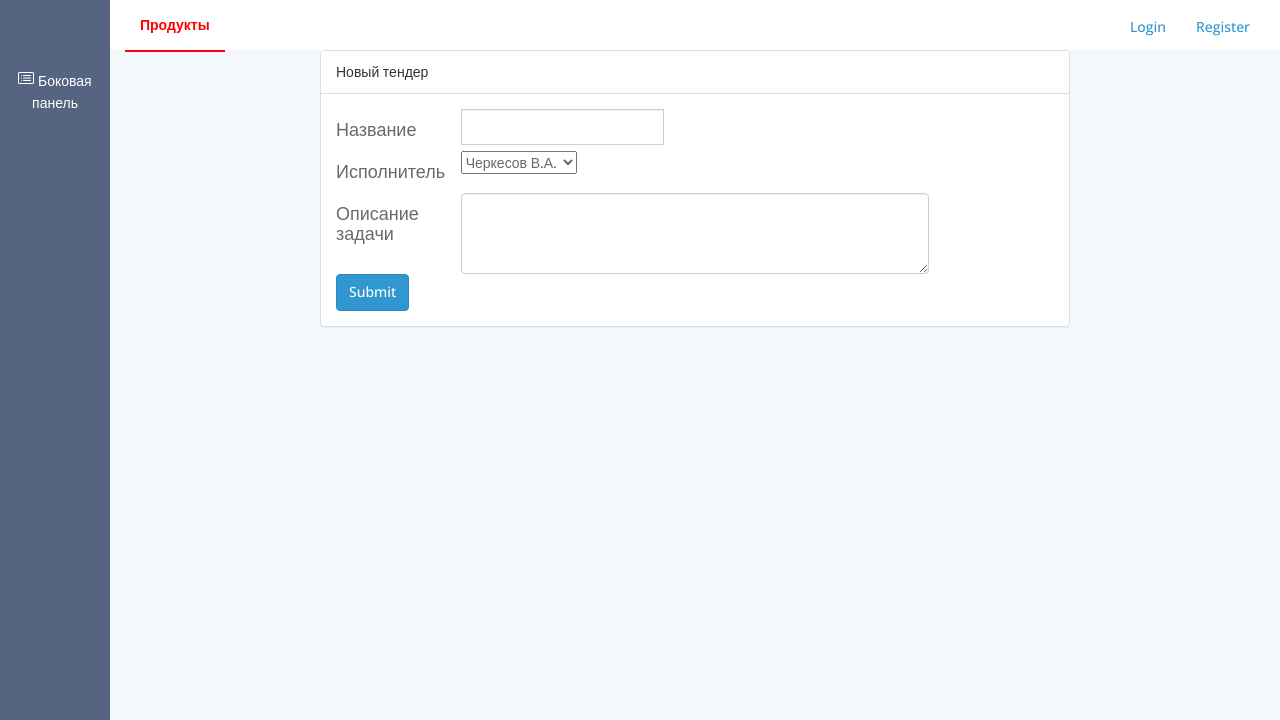
Repository: blackjack043/laravel-crud
Page: http://localhost/page2
The author's editor kept a copy of each file at every save. The page is drawn from the files as they stood at one save, then again after the next save.
The browser window is 1280 px wide. The pictures show the whole page.
Some web fonts or font styles are not loaded; a fallback is used. The page is served by the project's Laravel application, run on PHP 8.4 with Laravel 8. Other server files are loaded and not shown.

Above is the page before, as saved 2022-03-06 22:04:08.

### routes/web.php
<?php

/*
|--------------------------------------------------------------------------
| Web Routes
|--------------------------------------------------------------------------
|
| Here is where you can register web routes for your application. These
| routes are loaded by the RouteServiceProvider within a group which
| contains the "web" middleware group. Now create something great!
|
*/
use Illuminate\Http\Request;
use App\Contact12;


Route::get('/', function () {
    return view('welcome');
});

Route::get('/page2', function () {
    return view('page2');
});



Route::post('/profile', 'ContactController@submit');

Auth::routes();

Route::get('/home', 'HomeController@index');

Auth::routes();

Route::get('/home', 'HomeController@index');

### resources/views/page2.blade.php
@extends('layouts.app2')

@section('content')
<div class="container">
    <div class="row">
        <div class="col-md-8 col-md-offset-2">
            <div class="panel panel-default">
                <div class="panel-heading">Новый тендер</div>
                <div class="panel-body">


        @if($errors->any())
            <div style=>
            @foreach ($errors->all() as $error)
            <div >
                {{$error}}
            </div>
            @endforeach
            </div>
         @endif
<form  method="POST" action="/profile">
{{ csrf_field() }}

                <div class="row" >
  <div class="col-md-2" ><h4>Название</h4></div>
  <div class="col-md-10">
<div class="input-group" >
<input type="text" name="label" class="form-control"  aria-describedby="sizing-addon2">
                </div></div>
</div>

<div class="row">
  <div class="col-md-2"><h4>Исполнитель</h4></div>
  <div class="col-md-10">
    <select name="ispolnitel">
    <option value="cherkesov">Черкесов В.А.</option>
    <option value="matancev">Матанцев Е.Р.</option>
    </select>
</div>
</div>

<div class="row">
  <div class="col-md-2"><h4>Описание задачи</h4></div>
  <div class="col-md-8">
		<textarea name="text" class="form-control" rows="3"></textarea>
</div>



</div>
<input type="submit" class="btn btn-primary">
</form>


<table>
    <tbody>
        <tr>
            <td></td>
        </tr>
    </tbody>
</table>



                </div>
            </div>
        </div>
    </div>
</div>
@endsection

### resources/views/layouts/app2.blade.php
<!DOCTYPE html>
<html lang="en">
<head>
    <meta charset="utf-8">
    <meta http-equiv="X-UA-Compatible" content="IE=edge">
    <meta name="viewport" content="width=device-width, initial-scale=1">
    <link rel="preconnect" href="https://fonts.googleapis.com">
<link rel="preconnect" href="https://fonts.gstatic.com" crossorigin>
<link href="https://fonts.googleapis.com/css2?family=Open+Sans:wght@300;500;700&display=swap" rel="stylesheet">
    <!-- CSRF Token -->
    <meta name="csrf-token" content="{{ csrf_token() }}">

    <title>{{ config('app.name', 'Laravel') }}</title>

    <!-- Styles -->
    <link href="/css/app.css" rel="stylesheet">

    <!-- Scripts -->
    <script>
        window.Laravel = <?php echo json_encode([
            'csrfToken' => csrf_token(),
        ]); ?>
    </script>
</head>
<body style="font-family: 'Open Sans', sans-serif;">
    <div id="app" style="display: flex;">
        <div style="width:200px; height:100vh;background: #556480;color: white; font-size: 14px;text-align: center; padding-top:70px" >

        <svg xmlns="http://www.w3.org/2000/svg" width="16" height="16" fill="currentColor" class="bi bi-card-list" viewBox="0 0 16 16">
  <path d="M14.5 3a.5.5 0 0 1 .5.5v9a.5.5 0 0 1-.5.5h-13a.5.5 0 0 1-.5-.5v-9a.5.5 0 0 1 .5-.5h13zm-13-1A1.5 1.5 0 0 0 0 3.5v9A1.5 1.5 0 0 0 1.5 14h13a1.5 1.5 0 0 0 1.5-1.5v-9A1.5 1.5 0 0 0 14.5 2h-13z"/>
  <path d="M5 8a.5.5 0 0 1 .5-.5h7a.5.5 0 0 1 0 1h-7A.5.5 0 0 1 5 8zm0-2.5a.5.5 0 0 1 .5-.5h7a.5.5 0 0 1 0 1h-7a.5.5 0 0 1-.5-.5zm0 5a.5.5 0 0 1 .5-.5h7a.5.5 0 0 1 0 1h-7a.5.5 0 0 1-.5-.5zm-1-5a.5.5 0 1 1-1 0 .5.5 0 0 1 1 0zM4 8a.5.5 0 1 1-1 0 .5.5 0 0 1 1 0zm0 2.5a.5.5 0 1 1-1 0 .5.5 0 0 1 1 0z"/>
</svg>
<span style="padding-top: 0px"> Боковая панель</span>
       </div>
        <div style="display:inline; ">
        <nav class="" style="height: 50px; background: white; color:#f5f5f5">
            <div class="container">
                <div class="navbar-header">

                </div>

                <div style="display: flex; justify-content:space-between">
                    <!-- Left Side Of Navbar -->
                    <ul class="nav navbar-nav navbar-left">
                        &nbsp;
                        <li style="border-bottom: 2px solid red; color: red"><a href="#" style="color: red; font-weight: bold">Продукты</a></li>
                    </ul>

                    <!-- Right Side Of Navbar -->
                    <ul class="nav navbar-nav " style="align-self:flex-end">
                        <!-- Authentication Links -->
                        @if (Auth::guest())
                            <li><a href="{{ url('/login') }}">Login</a></li>
                            <li><a href="{{ url('/register') }}">Register</a></li>
                        @else
                            <li class="dropdown">
                                <a href="#" class="dropdown-toggle" data-toggle="dropdown" role="button" aria-expanded="false">
                                    {{ Auth::user()->name }} <span class="caret"></span>
                                </a>

                                <ul class="dropdown-menu" role="menu">
                                    <li>
                                        <a href="{{ url('/logout') }}"
                                            onclick="event.preventDefault();
                                                     document.getElementById('logout-form').submit();">
                                            Logout
                                        </a>

                                        <form id="logout-form" action="{{ url('/logout') }}" method="POST" style="display: none;">
                                            {{ csrf_field() }}
                                        </form>
                                    </li>
                                </ul>
                            </li>
                        @endif
                    </ul>
                </div>
            </div>
        </nav>

        @yield('content')
    </div>
    </div>
    <!-- Scripts -->
    <script src="/js/app.js"></script>
</body>
</html>

Loaded but not shown: app/Http/Controllers/Auth/LoginController.php (common file); app/Http/Controllers/Controller.php (common file); public/css/app.css (library); public/js/app.js (library)

After the next save:
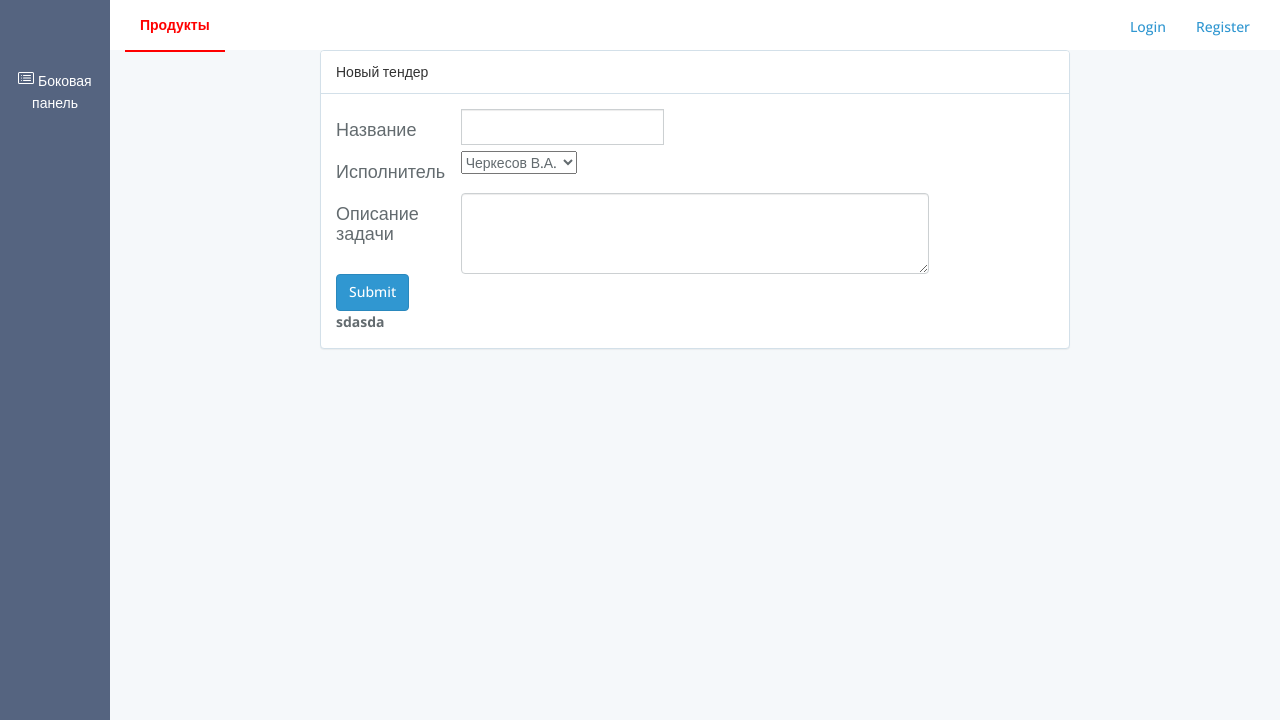
Saved 23 s later.
--- a/resources/views/page2.blade.php
+++ b/resources/views/page2.blade.php
@@ -53,6 +53,11 @@
 
 
 <table>
+    <thead>
+    <th>sda</th>
+    <th>sda</th>
+    </thead>
+
     <tbody>
         <tr>
             <td></td>
